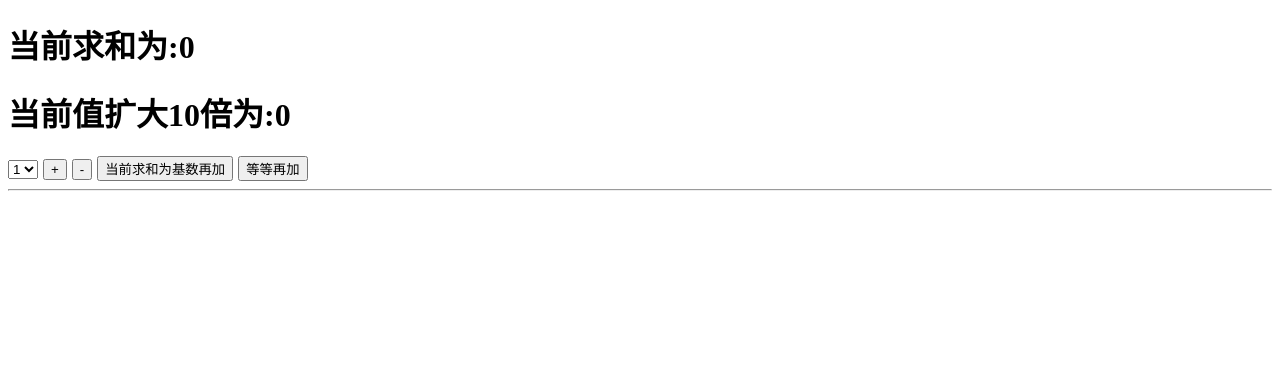
Repository: ldqml/vue.test
Page: / (app in vuexx/)
These files come from the project's save history. The page is drawn as it stood at one moment and after the next save; the edit follows.
The browser window is 1280 px wide. The pictures show the whole page.
The project was rebuilt for these pictures with package versions that can differ from the ones it lists, and the page was loaded fresh each time. Also part of the build but not shown: vuexx/vue.config.js.

Above is the page before, as saved 2022-08-21 18:08:50.

### vuexx/src/App.vue
<template>
<div>
    <sum-add></sum-add>
    <hr>
    <per-song></per-song>
</div>
</template>

<script>
import PerSon from './components/PerSon'
import SumAdd from './components/SumAdd'
export default {
    name:'App',
    components:{SumAdd,PerSon}
}
</script>

<style>

</style>

### vuexx/src/store/index.js
import Vue from 'vue';
import Vuex from 'vuex';

Vue.use(Vuex)

const actions ={
    Ji(content,value){
        if(content.state.sum % 2){
            content.commit('Add',value)
        }
    },
    Timeadd(content,value){
        setTimeout(() =>{
            content.commit('Add',value)
        },1000)
    }
}
const mutations ={
    Add(state,value){
        state.sum += value
    },
    Jian(state,value){
        state.sum -= value
    },
    Addname(state,value){
        state.personlist.unshift(value)
    }
}
const state ={
    sum:0,
    personlist:[{id:'001',name:'张三'}]
}
const getters ={
    Bigsum(state){
        return state.sum*10
    }
}
export default new Vuex.Store({
    actions,
    mutations,
    state,
    getters
})

### vuexx/src/components/SumAdd.vue
<template>
  <div>
    <h1>当前求和为:{{sum}}</h1>
    <h1>当前值扩大10倍为:{{Bigsum}}</h1>
    <select v-model.number="n">
        <option value="1">1</option>
        <option value="2">2</option>
        <option value="3">3</option>
    </select>
    <button @click="jia(n)">+</button>
    <button @click="jian(n)">-</button>
    <button @click="ji(n)">当前求和为基数再加</button>
    <button @click="deng(n)">等等再加</button>
  </div>
</template>

<script>
import {mapGetters, mapState,mapMutations,mapActions} from 'vuex'
export default {
    name:'SumAdd',
    data(){
        return{
            n:1,
        }
    },
    methods:{
        ...mapMutations({jia:'Add',jian:'Jian'}),
        ...mapActions({ji:'Ji',deng:'Timeadd'})
    },
    computed:{
        ...mapState({sum:'sum'}),
        ...mapGetters({Bigsum:'Bigsum'})
    },
}
</script>

<style>
button{
    margin-left: 5px;
}
</style>

### vuexx/src/components/PerSon.vue
<template>
  <div>
    <h1>人员列表</h1>
    <input type="text" placeholder="请输入名字" v-model="name">
    <button @click="add">添加</button>
    <ul>
        <li v-for="p in personlist" :key="p.id">{{p.name}}</li>
    </ul>
  </div>
</template>

<script>
import nanoid from "nanoid"
export default {
    name:"PerSon",
    data(){
        return{
            name:''
        }
    },
    computed:{
        personlist(){
            return this.$store.state.personlist
        }
    },
    methods:{
        add(){
            const personobj = {id:nanoid(),name:this.name}
            this.$state.commit('Addname',personobj)
            this.name =''
        }
    }
}
</script>

<style>

</style>

Loaded but not shown: vuexx/public/index.html (common file); vuexx/src/main.js (common file)

After the next save:
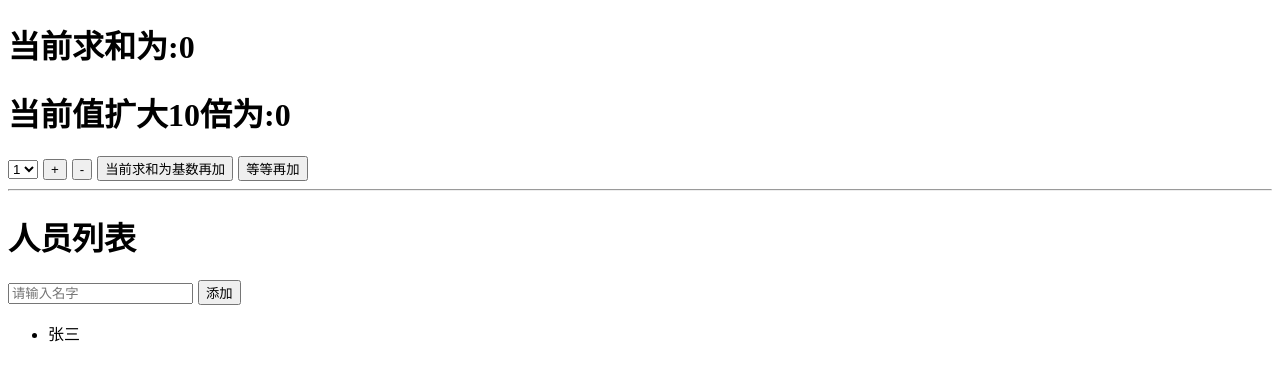
Saved 5 min 0 s later.
--- a/vuexx/src/App.vue
+++ b/vuexx/src/App.vue
@@ -2,7 +2,7 @@
 <div>
     <sum-add></sum-add>
     <hr>
-    <per-song></per-song>
+    <per-son></per-son>
 </div>
 </template>
 
